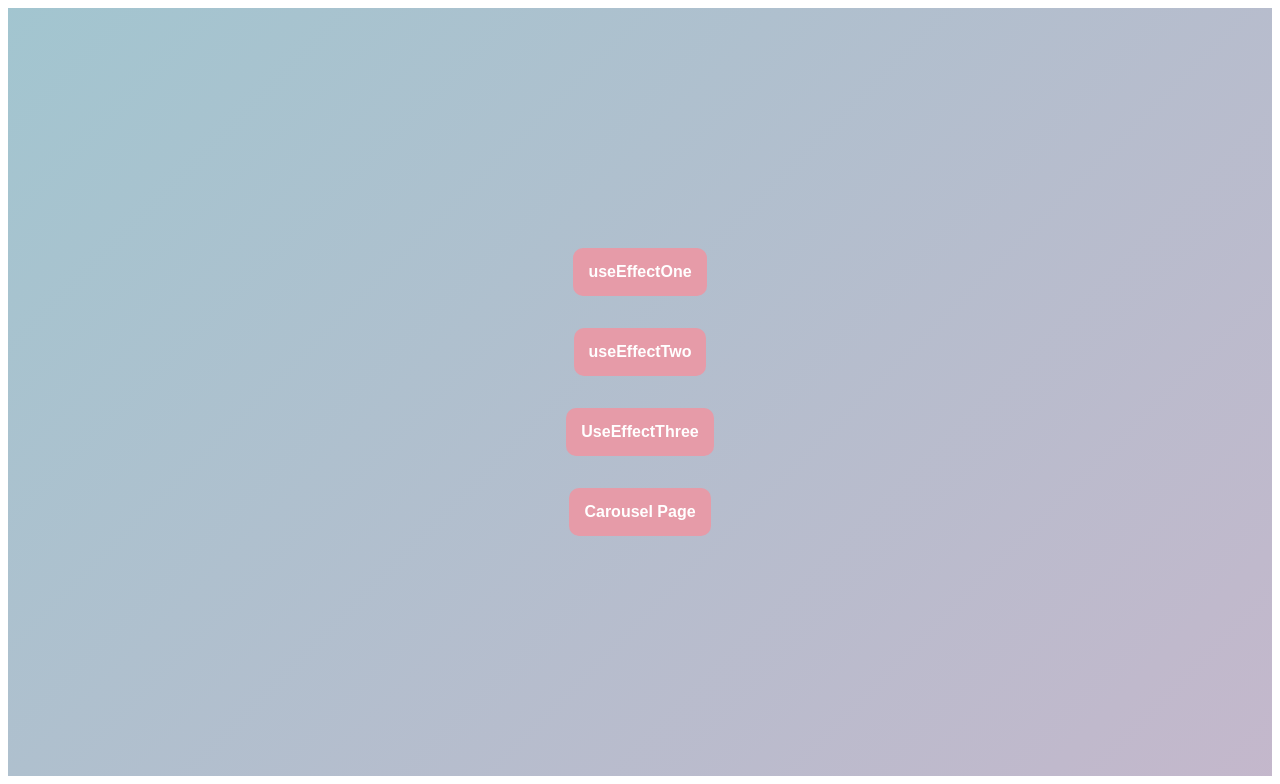
Repository: jjennbui/class8
Page: /
These files come from the project's save history. The page is drawn as it stood at one moment and after a run of saves; the edit follows.
The browser window is 1280 px wide. The pictures show the whole page.
The project was rebuilt for these pictures with package versions that can differ from the ones it lists, and the page was loaded fresh each time. The framework's server and built-in components were replaced by stand-ins that run in the browser. Also part of the build but not shown: next.config.js.

Above is the page before, as saved 2023-02-20 17:47:05.

### pages/index.js
import Head from 'next/head'
import styles from '@/styles/Home.module.css'
import Link from 'next/link'


export default function Home() {
  return (
    <>
      <Head>
        <title>Create Next App</title>
        <meta name="description" content="Generated by create next app" />
        <meta name="viewport" content="width=device-width, initial-scale=1" />
        <link rel="icon" href="/favicon.ico" />
      </Head>

      <main className={styles.main}>
        <Link href="/useEffectOne" className={styles.text}>useEffectOne</Link>
        <Link href="/useEffectTwo" className={styles.text}>useEffectTwo</Link>
        <Link href="/useEffectThree" className={styles.text}>UseEffectThree</Link>
        <Link href="/carouselPage" className={styles.text}>Carousel Page</Link>
      </main>
    </>
  )
}

### styles/globals.css
:root {

}

### styles/Home.module.css
.main {

  display: flex;
  flex-direction: column;
  justify-content: space-between;
  align-items: center;
  padding: 15rem;
  min-height: 40vh;
  background: linear-gradient(-45deg, #eaa8c7, #96cad1, #ce96d7);
  background-size: 500% 500%;
  animation: gradient-bg 20s ease infinite;


}

@keyframes gradient-bg {
  0% {
    background-position: 0% 50%;
  }
  50% {
    background-position: 100% 50%;
  }
  100% {
    background-position: 0% 50%;
  }
  }

.text{
  color: white;
  text-decoration: none;
  font-family: Arial, Helvetica, sans-serif;
  font-weight: bold;
  background-color: rgb(230, 155, 168);
  padding: 15px;
  border-radius: 10px;

}

Loaded but not shown: pages/_app.js (common file); pages/_document.js (common file)

After the next 2 saves:
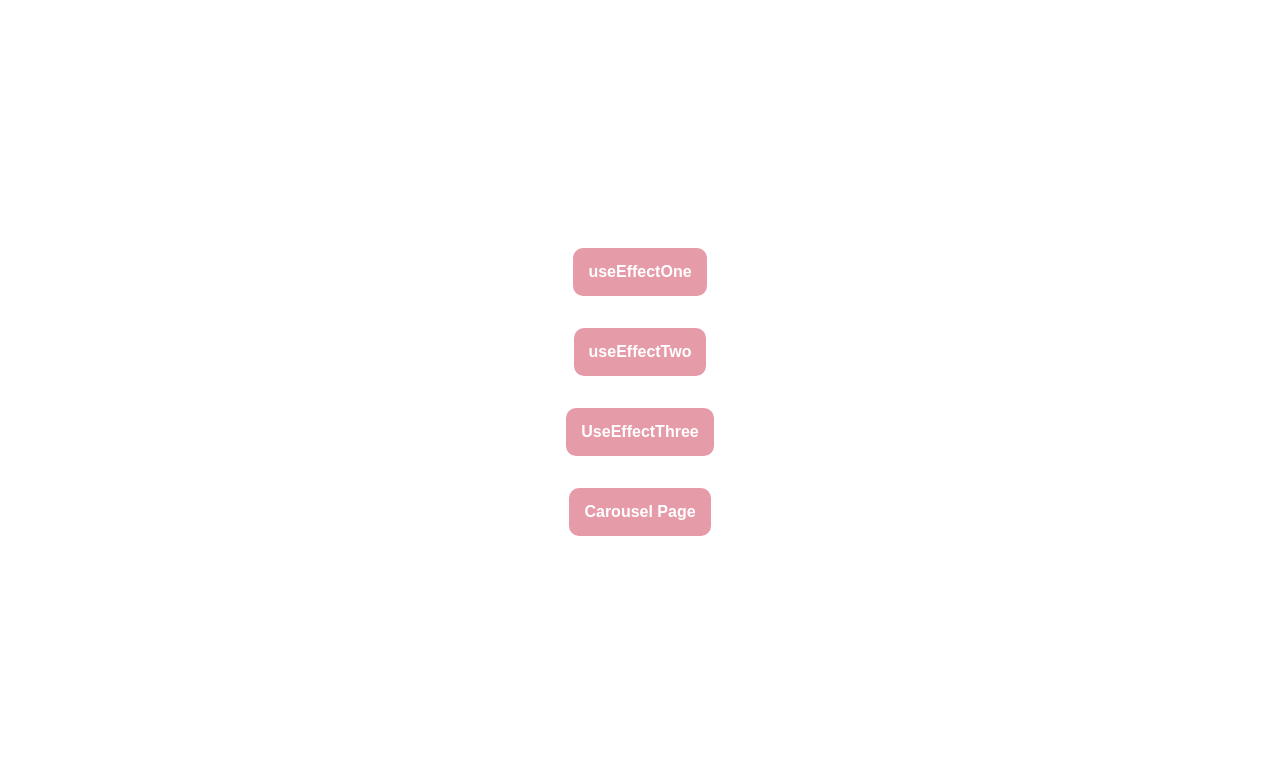
The 2 saves are shown as one change because they came seconds apart.
The last was saved 17 s later.
--- a/styles/Home.module.css
+++ b/styles/Home.module.css
@@ -6,6 +6,8 @@
   align-items: center;
   padding: 15rem;
   min-height: 40vh;
+
+  bac
   background: linear-gradient(-45deg, #eaa8c7, #96cad1, #ce96d7);
   background-size: 500% 500%;
   animation: gradient-bg 20s ease infinite;

After the save that followed:
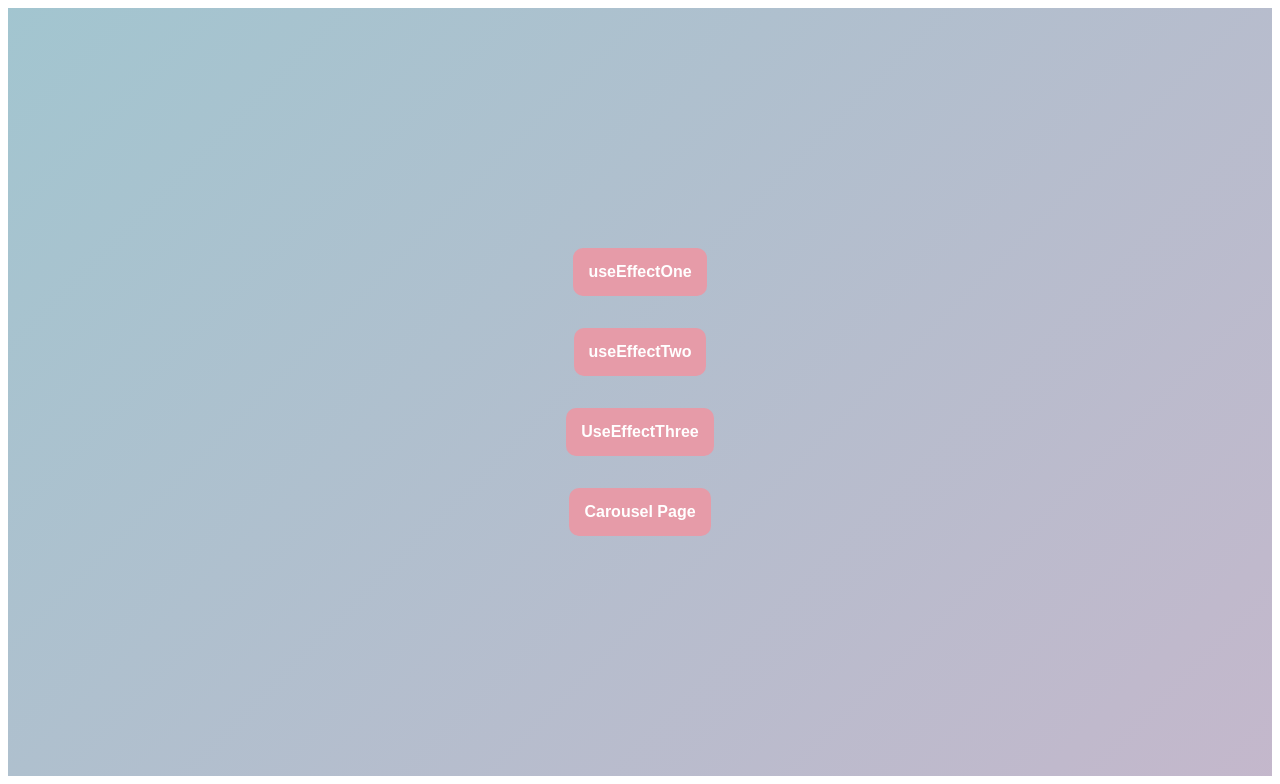
Saved 5 s later.
--- a/styles/Home.module.css
+++ b/styles/Home.module.css
@@ -7,7 +7,7 @@
   padding: 15rem;
   min-height: 40vh;
 
-  bac
+
   background: linear-gradient(-45deg, #eaa8c7, #96cad1, #ce96d7);
   background-size: 500% 500%;
   animation: gradient-bg 20s ease infinite;
